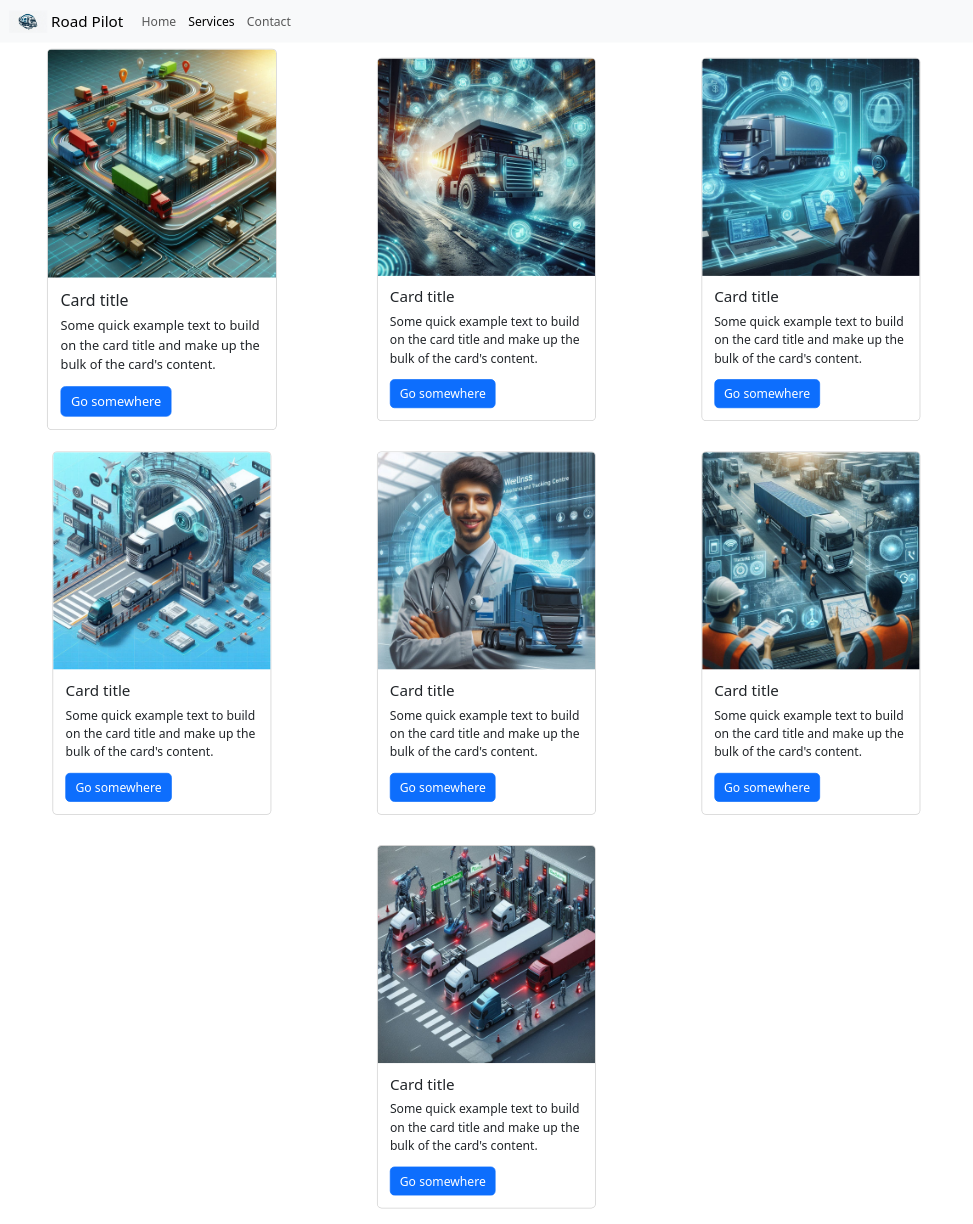
Repository: VictoriousMango/WebCreator
Page: pages/Services.html
An editor plug-in stored every save of this project. The page is shown before and after the next save, followed by the edit.
The browser window is 1280 px wide. The pictures show the whole page, at 76% of full size.
The pointer rests on the first visible `.card`.

Above is the page before, as saved 2024-11-09 11:48:18.

After the next save:
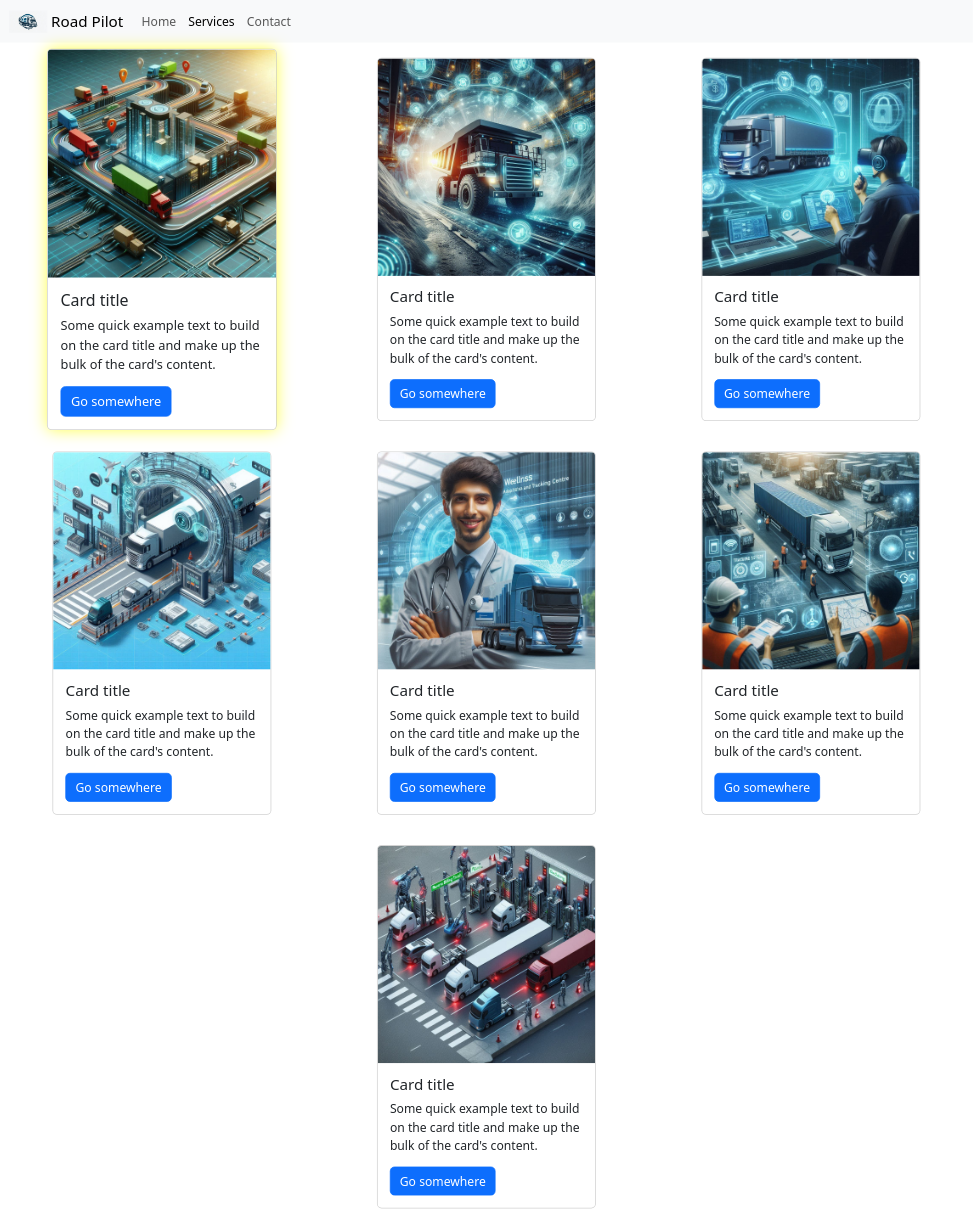
Saved 2 min 53 s later.
--- a/assets/css/services.css
+++ b/assets/css/services.css
@@ -12,4 +12,5 @@
 .card:hover {
     transform: scale(1.05);
     transition: ease-in-out;
+    box-shadow: 0 0 20px rgba(255, 255, 0, 0.7); /* Change the color and intensity as needed */
 }
